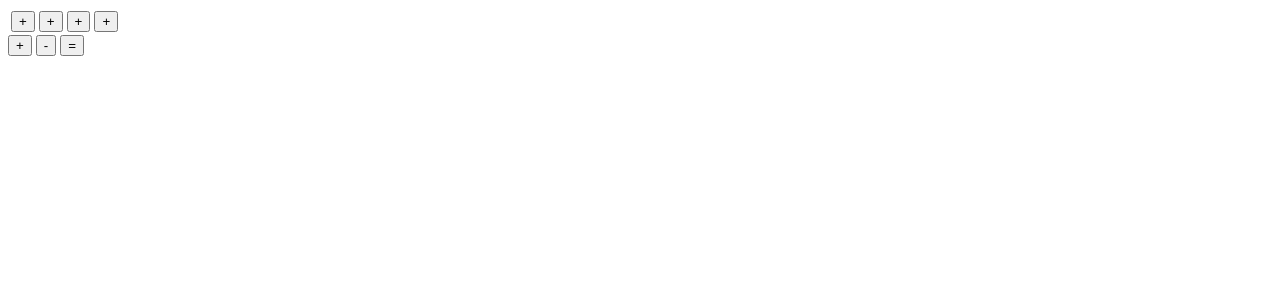
Repository: Dabee-ee/JAVA-lesson2
Page: Personal/JSPPrj/WebContent/calc3.html
An editor plug-in stored every save of this project. The page is shown before and after the next save, followed by the edit.
The browser window is 1280 px wide. The pictures show the whole page.

Above is the page before, as saved 2021-03-13 06:18:03.

After the next save:
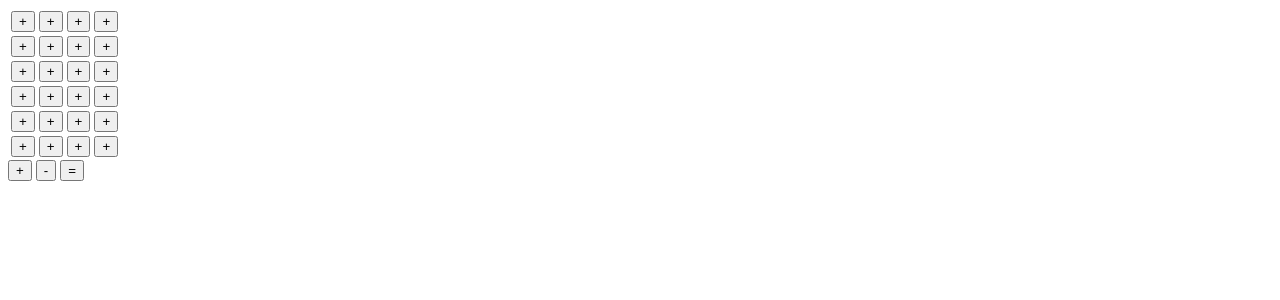
Saved 26 s later.
--- a/Personal/JSPPrj/WebContent/calc3.html
+++ b/Personal/JSPPrj/WebContent/calc3.html
@@ -15,6 +15,38 @@
 					<td><input type="submit" name="operator" value="+" /></td>
 					<td><input type="submit" name="operator" value="+" /></td>
 				</tr>
+								<tr>
+					<td><input type="submit" name="operator" value="+" /></td>
+					<td><input type="submit" name="operator" value="+" /></td>
+					<td><input type="submit" name="operator" value="+" /></td>
+					<td><input type="submit" name="operator" value="+" /></td>
+				</tr>
+								<tr>
+					<td><input type="submit" name="operator" value="+" /></td>
+					<td><input type="submit" name="operator" value="+" /></td>
+					<td><input type="submit" name="operator" value="+" /></td>
+					<td><input type="submit" name="operator" value="+" /></td>
+				</tr>
+								<tr>
+					<td><input type="submit" name="operator" value="+" /></td>
+					<td><input type="submit" name="operator" value="+" /></td>
+					<td><input type="submit" name="operator" value="+" /></td>
+					<td><input type="submit" name="operator" value="+" /></td>
+				</tr>
+								<tr>
+					<td><input type="submit" name="operator" value="+" /></td>
+					<td><input type="submit" name="operator" value="+" /></td>
+					<td><input type="submit" name="operator" value="+" /></td>
+					<td><input type="submit" name="operator" value="+" /></td>
+				</tr>
+								<tr>
+					<td><input type="submit" name="operator" value="+" /></td>
+					<td><input type="submit" name="operator" value="+" /></td>
+					<td><input type="submit" name="operator" value="+" /></td>
+					<td><input type="submit" name="operator" value="+" /></td>
+				</tr>
+
+
 
 			</table>
 
